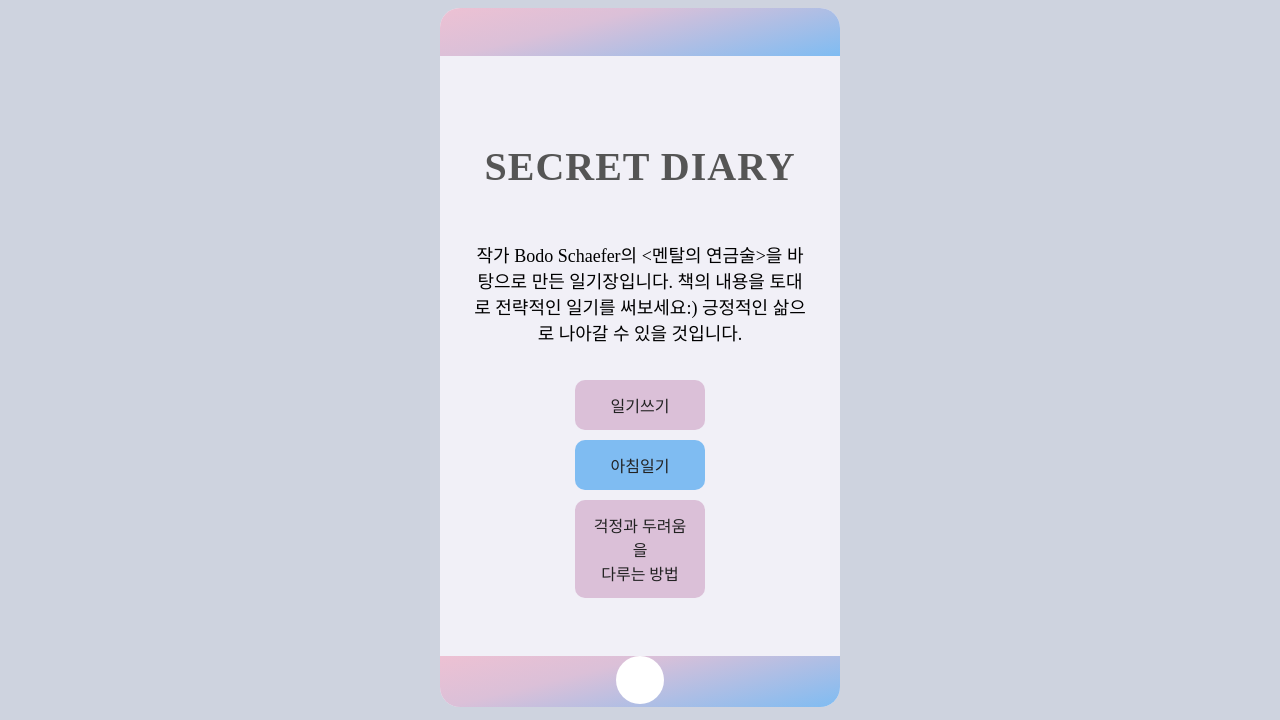
Repository: jinhee196/diary
Page: index.html
These files come from the project's save history. The page is drawn as it stood at one moment and after the next save; the edit follows.
The browser window is 1280 px wide. The pictures show the whole page.
Some web fonts or font styles are not loaded; a fallback is used. Some web libraries are served in a nearby version.

Above is the page before, as saved 2021-06-04 20:57:47.

### index.html
<!DOCTYPE html>
<html lang="ko">
<head>
    <meta charset="UTF-8">
    <meta http-equiv="X-UA-Compatible" content="IE=edge">
    <meta name="viewport" content="width=device-width, initial-scale=1.0">
    <title>secret Note</title>
    <script src="https://kit.fontawesome.com/ef20572bd9.js" crossorigin="anonymous"></script>
    <link rel="stylesheet" href="style.css">
    <link rel="preconnect" href="https://fonts.gstatic.com">
<link href="https://fonts.googleapis.com/css2?family=Hi+Melody&family=Nanum+Brush+Script&display=swap" rel="stylesheet">
    <script src="js/main.js" defer></script>
    <script src="js/data.js"></script>
</head>
<body>
  <div class="container">
      <header class="header"></header>

      <section id="main">
        <h1 class="main__title">SECRET DIARY</h1>
        <p class="main__desc">작가 Bodo Schaefer의 &#60;멘탈의 연금술&#62;을 바탕으로 만든 일기장입니다.
                              책의 내용을 토대로 전략적인 일기를 써보세요:) 긍정적인 삶으로 나아갈 수 있을 것입니다. </p>
        <button class="note1">일기쓰기</button>
        <button class="note2">아침일기</button>
        <button class="note3">걱정과 두려움을 <br>다루는 방법</button>
      </section>

      <section id="daily">
        <div class="daily__weather"></div>
        <div class="daily__emotion"></div>
        <div class="daily__Note">
          <input class="daily__title" placeholder="제목을 입력하세요"></input>
          <textarea class="daily__text"></textarea>
        </div>
      </section>

      <section id="morning">
        <p class="desc">아침일기는 '오늘 무엇을 할 것인가?'를 정리하는 데 탁월한 효과를 줍니다. 질문에 가볍게 답해가다 보면,
          질문의 답처럼 생각하고 실행할 수 있는 컨디션이 만들어질 것입니다.  </p>
        <ul class="items">
          <!-- <li class="item">test</li>
          <li class="item-sub">subtest</li> -->
        </ul>
        <div class="message">
        <input type="text" class="footer__input" />
        <button class="footer__submit">보내기</button>
        </div>
    </section>

    <section id="list">
      <p class="desc">두려움과 걱정의 목록들을 리스트로 만들고 지속적으로 업데이트하세요.
        구체적으로 작성해 두려움을 잘게 쪼개다보면 엄습하는 두려움을 무력화시킬 수 있을 것입니다. </p>
      <ul class="items">
        <!-- <li class="item">test</li>
        <li class="item-sub">subtest</li> -->
      </ul>
      <div class="message">
      <input type="text" class="footer__input" />
      <button class="footer__submit">보내기</button>
      </div>
  </section>

    <footer class="footer">
      <button class="footer__button">
        <div class="circle"></div>
       </button>
     </footer>
  </div>
</body>
</html>

### style.css
* {
  box-sizing: border-box;
  font-family: "Hi Melody", cursive;
}
ul {
  padding: 0;
}

button {
  outline: none;
  background: transparent;
  border: none;
  cursor: pointer;
}
body {
  background-color: #ced3df;
  text-align: center;
}

section {
  height: 600px;
}
.container {
  width: 400px;
  margin: auto;
  background-color: #f1f0f7;
  border-radius: 20px;
}

.header {
  height: 48px;
  padding: 8px;
  font-size: 24px;
  background: rgba(237, 193, 211);

  background: linear-gradient(
    166deg,
    rgba(237, 193, 211, 1) 0%,
    rgba(219, 192, 216, 1) 35%,
    rgba(127, 188, 242, 1) 100%
  );
  border-radius: 20px 20px 0 0;
  color: #fff;
}

#main {
  display: flex; /*flex*/
  flex-direction: column;
  justify-content: center;
  align-items: center;
  overflow: hidden;
}
.main__title {
  font-family: "Nanum Brush Script", cursive;
  letter-spacing: 1px;
  font-size: 40px;
  color: #555;
}
.main__desc {
  padding: 0 30px;
  font-size: 18px;
  margin-bottom: 30px;
}
#main button {
  width: 130px;
  padding: 13px 15px;
  margin: 5px 0;
  border-radius: 10px;
  color: #222;
  font-size: 16px;
}
.note1 {
  background-color: rgba(219, 192, 216, 1);
}
.note2 {
  background-color: rgba(127, 188, 242, 1);
}
.note3 {
  background-color: rgba(219, 192, 216, 1);
}

#daily {
  display: none;
}
.daily__weather {
  display: none;
}
.daily__emotion {
  display: none;
}
.daily__Note {
  height: 100%;
  display: none;
}
.daily__title {
  width: 100%;
  height: 10%;
  outline: none;
  padding: 20px;
  font-size: 22px;
  border: none;
  border-bottom: 1px solid #ddd;
}
.daily__text {
  width: 100%;
  height: 90%;
  line-height: 1.6;
  padding: 20px;
  outline: none;
  border: none;
  resize: none;
}
#morning {
  display: none;
  overflow: hidden;
}
#list {
  display: none;
  overflow: hidden;
}
.desc {
  width: 370px;
  height: 60px;
  font-size: 11px;
  text-align: left;
  padding: 8px 30px;
  margin: 15px auto 0;
  background-color: #fff;
  border-radius: 5px;
  line-height: 1.4;
}
.items {
  height: 495px;
  overflow-y: auto;
  margin: 0;
  font-size: 13px;
}

.item {
  padding: 8px 15px;
  margin: 10px;
  border-radius: 15px;
  background: rgba(237, 193, 211);
  display: inline-block;
  float: left;
  clear: both;
}
.item-sub {
  padding: 8px 15px;
  margin: 10px;
  border-radius: 15px;
  background: rgba(127, 188, 242, 1);
  display: inline-block;
  float: right;
  clear: both;
}

.footer {
  background: rgba(237, 193, 211);

  background: linear-gradient(
    166deg,
    rgba(237, 193, 211, 1) 0%,
    rgba(219, 192, 216, 1) 35%,
    rgba(127, 188, 242, 1) 100%
  );
  border-radius: 0 0 20px 20px;
}
.message {
  width: 100%;
}
.footer__input {
  width: 88%;
  height: 32px;
  border: none;
  outline: none;
  font-size: 14px;
  font-weight: 400;
  padding: 0 16px;
  float: left;
  border-top: 1px solid rgba(237, 193, 211);
}

.footer__submit {
  width: 12%;
  height: 32px;
  float: right;
  background-color: rgba(237, 193, 211);
  font-size: 11px;
  padding: 0;
}
.footer__button {
  width: 48px;
  height: 48px;
  background-color: #fff;
  border-radius: 50%;
  font-size: 28px;
  transition: transform 300ms ease-in;
}
.circle {
  width: 40px;
  height: 40px;
  border: 5px solic rgba(219, 192, 216, 0.8);
}

.footer__button:hover {
  transform: scale(1.1);
}

### js/data.js
const morningList = [
  {
    q: '1. 나는 오늘 어떤 점이 가장 행복하겠는가?'
  },
  {
    q: '2. 오늘 내게 가장 큰 동기부여를 해주는 것은 무엇인가?'
  },
  {
    q: '3.오늘 무엇에 가장 감사해야 하겠는가?'
  },
  {
    q: '4.오늘 내게 직언과 조언을 해줄 사람들은 누구인가?'
  },
  {
    q: '5. 오늘 내 컨디션으로 볼 때 가장 잘해낼 것 같은 일은 무엇인가?'
  },
  {
    q: '6. 오늘 내가 꼭 알아야 할 것은 무엇인가?'
  },
  {
    q: '7. 오늘 두려움과 긴장을 유쾌하게 다뤄줄 필살기는 무엇인가?'
  },
  {
    q: '8. 오늘 꼭 해야할 과제 한 가지는 무엇인가?'
  }
]

const qnaList = [
  {
    q: '지금 가장 두려운 것이 무엇입니까?'
  },
  {
    q: '그것이 왜 두려우십니까? 구체적으로 작성해보세요.'
  },
  {
    q: '가장 큰 두려움에서부터 사소한 걱정까지 낱낱이 기록하세요.'
  }
]

const dailyNote = [
  {
    q: '지금의 날씨를 선택해주세요',
    a: [
      { answer: 'images/weather-icon-set_03.png'},
      { answer: 'images/weather-icon-set_05.png' },
      { answer: 'images/weather-icon-set_07.png' },
      { answer: 'images/weather-icon-set_13.png' },
      { answer: 'images/weather-icon-set_17.png' },
      { answer: 'images/weather-icon-set_21.png' },
    ]
  },
  {
    q: '지금의 기분을 골라보세요',
    a: [
      { answer: 'images/emtion_03.png' },
      { answer: 'images/emtion_05.png' },
      { answer: 'images/emtion_07.png' },
      { answer: 'images/emtion_12.png' },
      { answer: 'images/emtion_13.png' },
      { answer: 'images/emtion_14.png' },
      { answer: 'images/emtion_18.png' },
      { answer: 'images/emtion_19.png' },
      { answer: 'images/emtion_20.png' },
    ]
  }
]

Loaded but not shown: js/main.js (no copy from this time; the picture is the same without it)

After the next save:
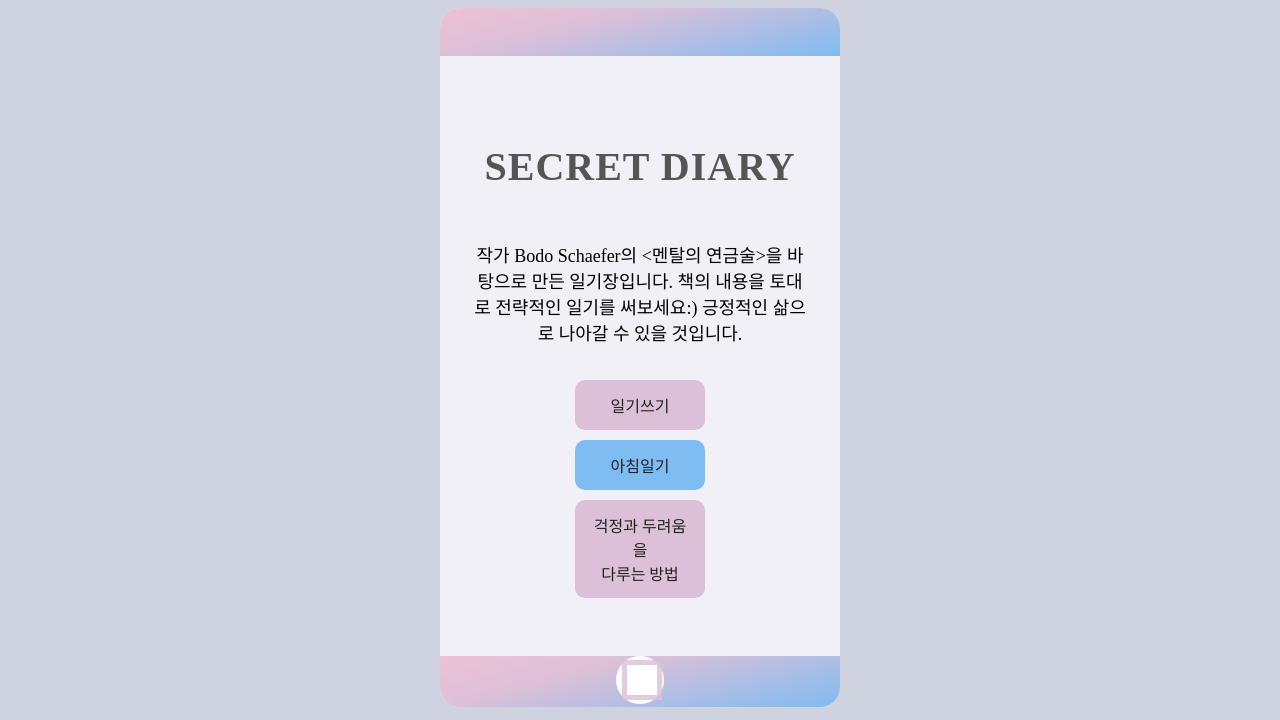
Saved 10 s later.
--- a/style.css
+++ b/style.css
@@ -200,7 +200,7 @@ section {
 .circle {
   width: 40px;
   height: 40px;
-  border: 5px solic rgba(219, 192, 216, 0.8);
+  border: 5px solid rgba(219, 192, 216, 0.8);
 }
 
 .footer__button:hover {
